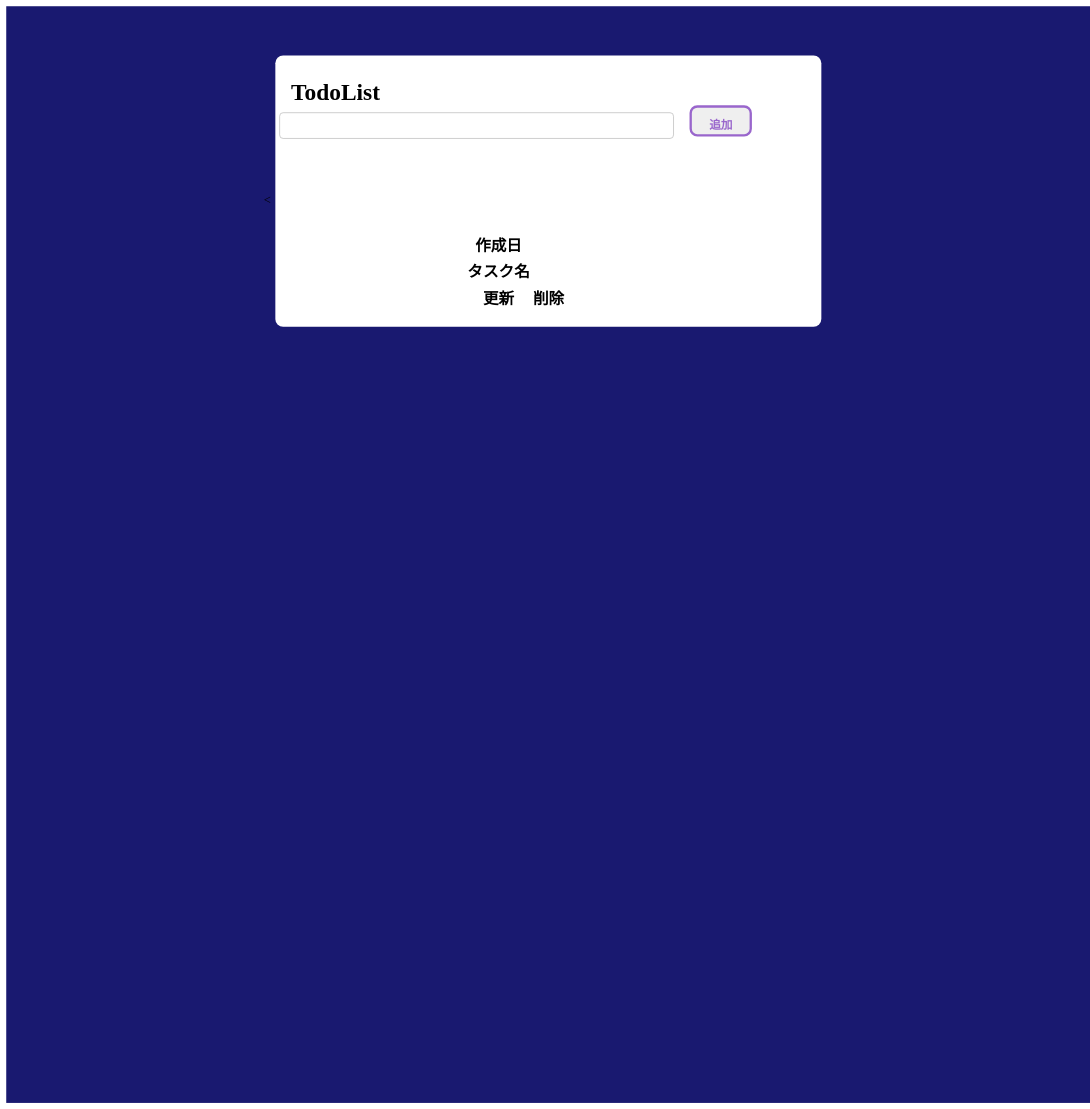
Repository: moro-ayu3/20230304_morohoshi
Page: http://localhost/
These files come from the project's save history. The page is drawn as it stood at one moment and after a run of saves; the edit follows.
The browser window is 1280 px wide. The page is 1398 px wide, so the pictures cover 1398 px, including what lies to the right of the window. The pictures show the whole page, at 78% of full size.
The page is served by the project's Laravel application, run on PHP 8.4 with Laravel 8. Queries for data that is not in the repository find no rows.

Above is the page before, as saved 2023-03-11 12:29:42.

After the next 4 saves:
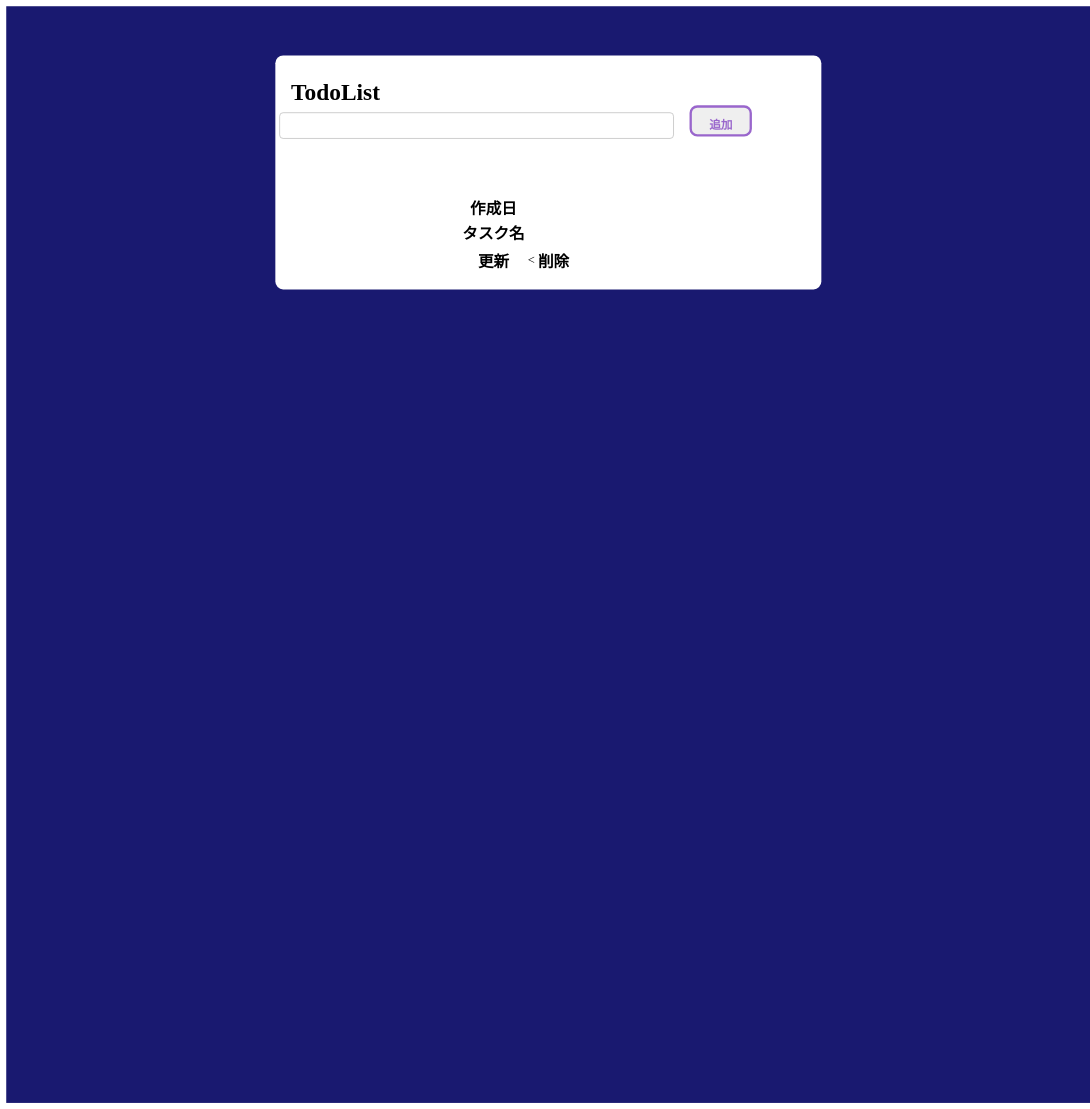
The 4 saves are shown as one change because they came seconds apart.
The last was saved 15 s later.
--- a/resources/views/index.blade.php
+++ b/resources/views/index.blade.php
@@ -214,7 +214,7 @@
             @endif
             <tr></tr>
               <th class="update">更新</th>
-
+              <td><in</td>
               <
               <th class="delete">削除</th>
             </tr>
